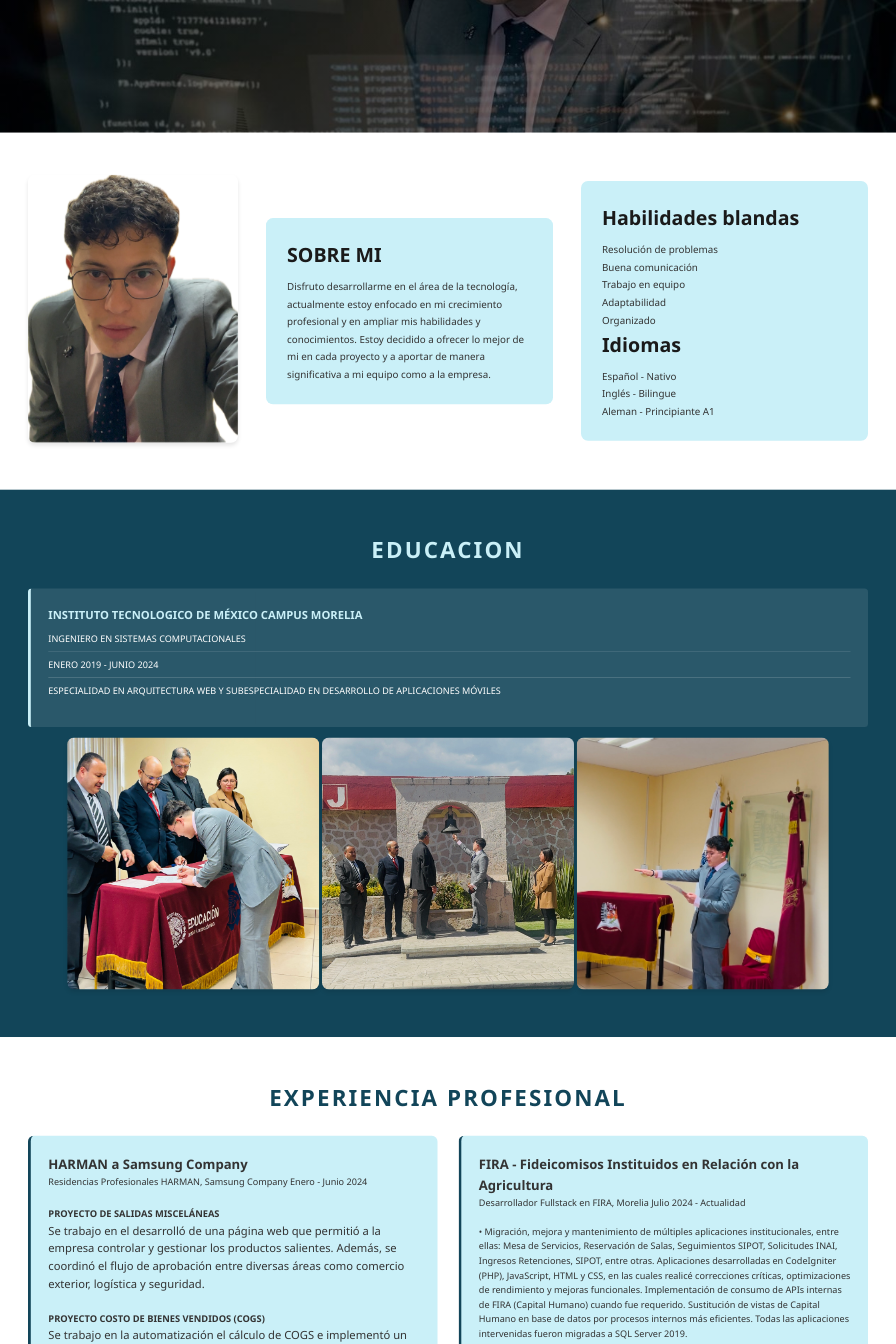
Repository: rafaelsilva2k/mi-portafolio
Page: index.html
The author's editor kept a copy of each file at every save. The page is drawn from the files as they stood at one save, then again after the next save.
The browser window is 1280 px wide. The pictures show the part of the page from y = 411 to 2331 px (the page is 3313 px tall before and 3354 px after), at 70% of full size.

Above is the page before, as saved 2026-04-17 13:17:08.

### index.html
<!DOCTYPE html>
<html lang="en">
<head>
    <meta charset="UTF-8">
    <meta name="viewport" content="width=device-width, initial-scale=1.0">
    <title>Rafael Fabian Silva Zapien</title>
    <link rel="stylesheet" href="styles.css">
</head>
<body>
    <!-- HEADER: Nombre, Profesión y Menú de Navegación -->
    <header class="header">
        <div class="header-content">
            <div class="logo-section">
                <h1>Rafael Fabian Silva Zapien</h1>
                <p class="profession">INGENIERO EN SISTEMAS COMPUTACIONALES</p>
            </div>

            <nav class="navbar">
                <ul>
                    <li><a href="#sobre-mi">SOBRE MI</a></li>
                    <li><a href="#educacion">EDUCACION</a></li>
                    <li><a href="#experiencia">EXPERIENCIA</a></li>
                    <li><a href="#proyectos">PROYECTOS</a></li>
                    <li><a href="#contacto">CONTACTO</a></li>
                </ul>
            </nav>
        </div>
    </header>

    <!-- HERO SECTION: Imagen grande con texto "Desarrollador Web Fullstack" -->
     <section class="hero">
        <div class="hero-content">
            <h2>Desarrollador Web<br>Fullstack</h2>
        </div>
     </section>

     <!-- SECCIÓN SOBRE MÍ: Foto + Descripción -->
      <section id="sobre-mi" class="sobre-mi">
        <div class="sobre-mi-container">
            <div class="sobre-mi-foto">
                <img src="images/me.png" alt="Rafael Silva">
            </div>
            <div class="sobre-mi-texto">
                <h2>SOBRE MI</h2>
                <p>Disfruto desarrollarme en el área de la tecnología, actualmente estoy enfocado en mi crecimiento profesional y en ampliar mis habilidades y conocimientos. Estoy decidido a ofrecer lo mejor de mi en cada proyecto y a aportar de manera significativa a mi equipo como a la empresa.</p>
            </div>
            <div class="sobre-mi-texto">
                <div class="sobre-mi-habili">
                    <div>
                        <h2>Habilidades blandas</h2>
                        <p> Resolución de problemas <br> Buena comunicación <br> Trabajo en equipo  <br> Adaptabilidad <br> Organizado</p>
                    </div>
                    <div>
                        <h2>Idiomas</h2>
                        <p>Español - Nativo <br> Inglés - Bilingue <br> Aleman - Principiante A1</p>
                    </div>
                </div>
            </div>
        </div>
      </section>

      <!--Seccion de Educacion-->
      <section id="educacion" class="educacion">
        <h2>EDUCACION</h2>
        <div class="educacion-content">
            <div class="educacion-item">
                <h4>INSTITUTO TECNOLOGICO DE MÉXICO CAMPUS MORELIA</h4>
                <p>INGENIERO EN SISTEMAS COMPUTACIONALES</p>
                <p>ENERO 2019 - JUNIO 2024</p>
                <p>ESPECIALIDAD EN ARQUITECTURA WEB Y SUBESPECIALIDAD EN DESARROLLO DE APLICACIONES MÓVILES</p>
            </div>
            <div class="education-item">
                <div class="education-photos">
                    <img src="images/FirmaTitulacion.jpeg">
                    <img src="images/campanaTitulacion.jpeg">
                    <img src="images/titulacion.jpeg">
                </div>
            </div>
        </div>
      </section>

      <section id="experiencia" class="experiencia">
        <h2>EXPERIENCIA PROFESIONAL</h2>
            <div class="experiencia-content">
                <div class="experiencia-item">
                    <h3>HARMAN a Samsung Company</h3>
                    <p>Residencias Profesionales HARMAN, Samsung Company Enero - Junio 2024 </p><br>
                    <h5>PROYECTO DE SALIDAS MISCELÁNEAS</h5>
                    <p></p>Se trabajo en el desarrolló de una página web que permitió a la empresa
                    controlar y gestionar los productos salientes. Además, se coordinó el flujo de
                    aprobación entre diversas áreas como comercio exterior, logística y seguridad. <br> <br>
                    <h5>PROYECTO COSTO DE BIENES VENDIDOS (COGS)</h5>
                    Se trabajo en la automatización el cálculo de COGS e implementó un módulo
                    que agiliza la obtención de datos para el reporte de COGS, logrando un análisis
                    más detallado y una representación gráfica eficaz de la información.</p>
                </div>
                <div class="experiencia-item">
                    <h3>FIRA - Fideicomisos Instituidos en Relación con la Agricultura</h3>
                    <p>Desarrollador Fullstack en FIRA, Morelia Julio 2024 - Actualidad <br> <br>
                    • Migración, mejora y mantenimiento de múltiples aplicaciones institucionales,
                    entre ellas: Mesa de Servicios, Reservación de Salas, Seguimientos SIPOT,
                    Solicitudes INAI, Ingresos Retenciones, SIPOT, entre otras.
                    Aplicaciones desarrolladas en CodeIgniter (PHP), JavaScript, HTML y CSS,
                    en las cuales realicé correcciones críticas, optimizaciones de rendimiento y
                    mejoras funcionales.
                    Implementación de consumo de APIs internas de FIRA (Capital Humano)
                    cuando fue requerido.
                    Sustitución de vistas de Capital Humano en base de datos por procesos
                    internos más eficientes.
                    Todas las aplicaciones intervenidas fueron migradas a SQL Server 2019. <br>
                    • Desarrollo de un módulo completo dentro de la aplicación Reservación de
                    Salas para la gestión y reservación de cargadores eléctricos para vehículos del
                    personal interno.<br>
                    • Colaboración en la aplicación Siniestralidad, desarrollada originalmente en
                    ASP, la cual fue migrada a SQL Server 2019 y sometida a una limpieza y
                    depuración general. Posteriormente se detectaron fallas en el funcionamiento y
                    realicé los ajustes necesarios para su correcta operación.<br>
                    • Participación en la migración de la aplicación Firma Electrónica, actualizando
                    la plataforma de Java 1.4 a Java 17, así como la migración de Tomcat y todos
                    los cambios estructurales requeridos para garantizar compatibilidad y
                    estabilidad.<br>
                    • Elaboración de documentación técnica detallada para todos los proyectos,
                    facilitando futuras tareas de mantenimiento, soporte y transferencia de
                    conocimiento dentro del equipo. Apoyo adicional en la preparación de
                    documentación para describir cambio</p>
                </div>
            </div>
      </section>

      <!--Seccion de proyectos-->
      <section id="proyectos" class="proyectos">
        <h2>PROYECTOS</h2>
        <div class="proyectos-content">
            <div class="proyectos-item">
                <h4>Primer proyecto</h4>
                <img src="" alt="Proyecto-1-name">
            </div>
            <div class="proyectos-item">
                <h4> Segundo proyecto</h4>
                <img src="" alt="Proyecto-2-name">
            </div>
            <div class="proyectos-item">
                <h4>Tercer proyecto</h4>
                <img src="" alt="proyecto-3-name">
            </div>
        </div>
      </section>

      <section id="contacto" class="contacto">
        <h2>Contacto</h2>
        <div class="contacto-content">
            <p>Email: rafaelsilva2k256@gmail.com</p>
            <p>LinkedIn: <a href="www.linkedin.com/in/rafael-fabian-silva-zapien-a124ba247">Perfil de Linkedin</a></p>
            <p>GitHub: <a href="#">Tu GitHub</a></p>
        </div>
      </section>

      <!--footer-->
      <footer class="footer">
        <p>&copy; 2024 Rafael Fabian Silva Zapien. Todos los derechos reservados.</p>
      </footer>

      <script src="script.js"></script>
</body>
</html>

### styles.css
/* ============================================
   RESET Y VARIABLES GLOBALES
   ============================================ */

* {
    margin: 0;
    padding: 0;
    box-sizing: border-box;
}

:root {
    --color-primary: #caf0f8;      /* Amarillo */
    --color-secondary: #124559;    /* Dorado/Marrón */
    --color-dark: #1a1a1a;         /* Negro */
    --color-text: #333333;         /* Texto gris oscuro */
    --color-white: #ffffff;        /* Blanco */
}

body {
    font-family: 'Segoe UI', Tahoma, Geneva, Verdana, sans-serif;
    color: var(--color-text);
    line-height: 1.6;
}

/* ============================================
   HEADER - Menú y nombre
   ============================================ */

.header {
    background-color: var(--color-primary);
    padding: 20px 0;
    border-bottom: 3px solid var(--color-secondary);
    position: sticky;
    top: 0;
    z-index: 100;
}

.header-content {
    max-width: 1200px;
    margin: 0 auto;
    padding: 0 20px;

    /* FLEXBOX: Alinea nombre a la izquierda y menú a la derecha */
    display: flex;
    justify-content: space-between;
    align-items: center;
}

.logo-section h1 {
    font-size: 24px;
    font-weight: bold;
    color: var(--color-dark);
}

.profession {
    font-size: 12px;
    color: var(--color-text);
    letter-spacing: 2px;
}

/* NAVEGACIÓN - Menú horizontal */
.navbar ul {
    list-style: none;

    /* FLEXBOX: Alinea los items del menú horizontalmente */
    display: flex;
    gap: 30px;
}

.navbar a {
    text-decoration: none;
    color: var(--color-text);
    font-size: 14px;
    font-weight: 500;
    transition: color 0.3s ease;
}

.navbar a:hover {
    color: var(--color-secondary);
}

/* ============================================
   HERO SECTION - Imagen grande
   ============================================ */

.hero {
    background: linear-gradient(rgba(0, 0, 0, 0.5), rgba(0, 0, 0, 0.5)),
                url('images/iaGeneratedMe.jpeg');
    background-size: cover;
    background-position: center;
    height: 500px;

    /* FLEXBOX: Centra el texto en el hero */
    display: flex;
    align-items: center;
    justify-content: center;
    text-align: center;
}

.hero-content h2 {
    font-size: 48px;
    color: var(--color-primary);
    font-weight: bold;
    text-shadow: 2px 2px 4px rgba(0, 0, 0, 0.7);
}

/* ============================================
   SECCIÓN SOBRE MÍ
   ============================================ */

.sobre-mi {
    padding: 60px 20px;
    background-color: var(--color-white);
}

.sobre-mi-container {
    max-width: 1200px;
    margin: 0 auto;

    /* FLEXBOX: Alinea foto a la izquierda y texto a la derecha */
    display: flex;
    gap: 40px;
    align-items: center;
}

.sobre-mi-foto {
    flex: 0 0 300px;  /* Ancho fijo de 300px */
}

.sobre-mi-foto img {
    width: 100%;
    border-radius: 10px;
    box-shadow: 0 4px 6px rgba(0, 0, 0, 0.1);
}

.sobre-mi-texto {
    flex: 1;  /* Ocupa el espacio restante */
    background-color: var(--color-primary);
    padding: 30px;
    border-radius: 10px;
}

.sobre-mi-texto h2 {
    font-size: 28px;
    margin-bottom: 10px;
    color: var(--color-dark);
}

.sobre-mi-texto h3 {
    font-size: 14px;
    letter-spacing: 2px;
    margin-bottom: 20px;
    color: var(--color-secondary);
}

.sobre-mi-texto p {
    font-size: 14px;
    line-height: 1.8;
    color: var(--color-text);
}

.sobre-mi-habilidades {
    flex: content;
    flex: 1;  /* Ocupa el espacio restante */
    background-color: var(--color-primary);
    padding: 30px;
    border-radius: 10px;
}

/* ============================================
   SECCIÓN EDUCACIÓN
   ============================================ */

.educacion {
    padding: 60px 20px;
    background-color: var(--color-secondary);
    color: var(--color-white);
}

.educacion h2 {
    font-size: 32px;
    margin-bottom: 30px;
    text-align: center;
    color: var(--color-primary);
    letter-spacing: 3px;
}

.educacion-content {
    max-width: 1200px;
    margin: 0 auto;
}

.educacion-item {
    background-color: rgba(255, 255, 255, 0.1);
    padding: 25px;
    margin-bottom: 15px;
    border-left: 4px solid var(--color-primary);
    border-radius: 5px;
}

.educacion-item h4 {
    font-size: 16px;
    margin-bottom: 10px;
    color: var(--color-primary);
}

.educacion-item p {
    font-size: 13px;
    margin-bottom: 8px;
    padding-bottom: 8px;
    border-bottom: 1px solid rgba(255, 255, 255, 0.2);
}

.educacion-item p:last-child {
    border-bottom: none;
}

.education-photos {
    flex: 0 0 300px;  /* Ancho fijo de 300px */
    text-align: center;
}

.education-photos img {
    width: 30%;
    border-radius: 10px;
    box-shadow: 0 4px 6px rgba(0, 0, 0, 0.1);
}

/* ============================================
   SECCIÓN EXPERIENCIA
   ============================================ */

.experiencia {
    padding: 60px 20px;
    background-color: var(--color-white);
}

.experiencia h2 {
    font-size: 32px;
    margin-bottom: 30px;
    text-align: center;
    color: var(--color-secondary);
    letter-spacing: 3px;
}

.experiencia-content {
    max-width: 1200px;
    margin: 0 auto;

    /* FLEXBOX: Coloca los items uno al lado del otro */
    display: flex;
    gap: 30px;
}

.experiencia-item {
    flex: 1;
    background-color: var(--color-primary);
    padding: 25px;
    border-radius: 8px;
    border-left: 4px solid var(--color-secondary);
}

.experiencia-item h4 {
    font-size: 16px;
    margin-bottom: 10px;
    color: var(--color-dark);
}

.experiencia-item p {
    font-size: 13px;
    color: var(--color-text);
}

/* ============================================
   SECCIÓN PROYECTOS
   ============================================ */

.proyectos {
    padding: 60px 20px;
    background-color: var(--color-primary);
}

.proyectos h2 {
    font-size: 32px;
    margin-bottom: 30px;
    text-align: center;
    color: var(--color-secondary);
    letter-spacing: 3px;
}

.proyectos-content {
    max-width: 1200px;
    margin: 0 auto;

    /* FLEXBOX: Coloca las tarjetas en 3 columnas */
    display: flex;
    gap: 25px;
    justify-content: space-between;
}

.proyectos-item {
    flex: 1;
    background-color: var(--color-white);
    padding: 20px;
    border-radius: 8px;
    box-shadow: 0 2px 8px rgba(0, 0, 0, 0.1);
    transition: transform 0.3s ease;
}

.proyectos-item:hover {
    transform: translateY(-5px);
}

.proyectos-item h4 {
    font-size: 16px;
    margin-bottom: 15px;
    color: var(--color-dark);
}

.proyectos-item img {
    width: 100%;
    height: 200px;
    object-fit: cover;
    border-radius: 5px;
    background-color: var(--color-secondary);
}

/* ============================================
   SECCIÓN CONTACTO
   ============================================ */

.contacto {
    padding: 60px 20px;
    background-color: var(--color-secondary);
    color: var(--color-white);
    text-align: center;
}

.contacto h2 {
    font-size: 32px;
    margin-bottom: 30px;
    color: var(--color-primary);
    letter-spacing: 3px;
}

.contacto-content {
    max-width: 600px;
    margin: 0 auto;
    font-size: 14px;
    line-height: 2;
}

.contacto-content a {
    color: var(--color-primary);
    text-decoration: none;
    font-weight: bold;
}

.contacto-content a:hover {
    text-decoration: underline;
}

/* ============================================
   FOOTER
   ============================================ */

.footer {
    background-color: var(--color-dark);
    color: var(--color-white);
    text-align: center;
    padding: 20px;
    font-size: 12px;
}

/* ============================================
   RESPONSIVE - Para dispositivos móviles
   ============================================ */

@media (max-width: 768px) {
    .header-content {
        flex-direction: column;
        gap: 20px;
    }

    .navbar ul {
        gap: 15px;
        font-size: 12px;
    }

    .sobre-mi-container {
        flex-direction: column;
    }

    .sobre-mi-foto {
        flex: 0 0 200px;
    }

    .experiencia-content {
        flex-direction: column;
    }

    .proyectos-content {
        flex-direction: column;
    }

    .hero-content h2 {
        font-size: 32px;
    }
}

Loaded but not shown: script.js (no copy from this time; the picture is the same without it)

After the next save:
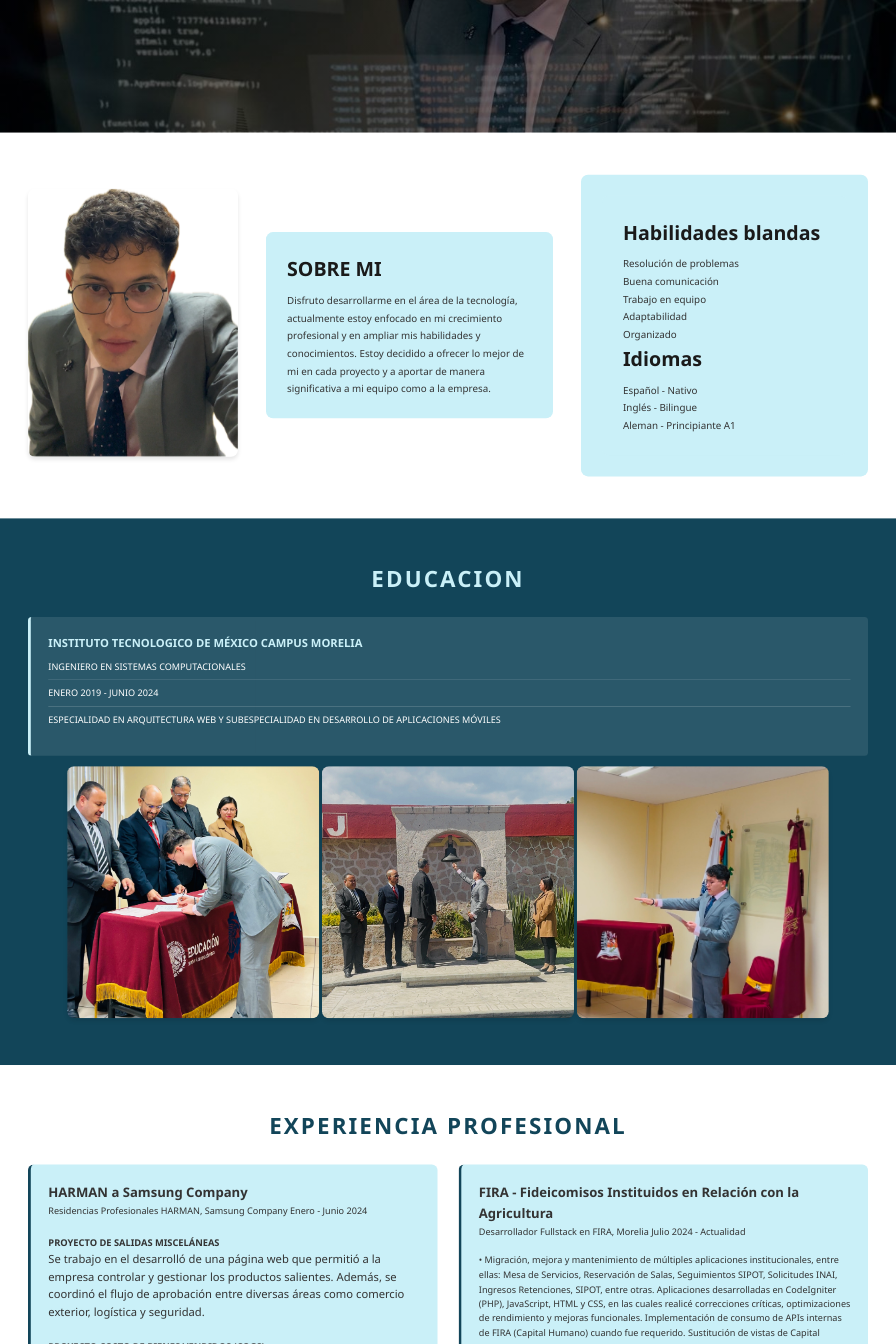
Saved 12 s later.
--- a/index.html
+++ b/index.html
@@ -45,7 +45,7 @@
                 <p>Disfruto desarrollarme en el área de la tecnología, actualmente estoy enfocado en mi crecimiento profesional y en ampliar mis habilidades y conocimientos. Estoy decidido a ofrecer lo mejor de mi en cada proyecto y a aportar de manera significativa a mi equipo como a la empresa.</p>
             </div>
             <div class="sobre-mi-texto">
-                <div class="sobre-mi-habili">
+                <div class="sobre-mi-habilidades">
                     <div>
                         <h2>Habilidades blandas</h2>
                         <p> Resolución de problemas <br> Buena comunicación <br> Trabajo en equipo  <br> Adaptabilidad <br> Organizado</p>

After the save that followed:
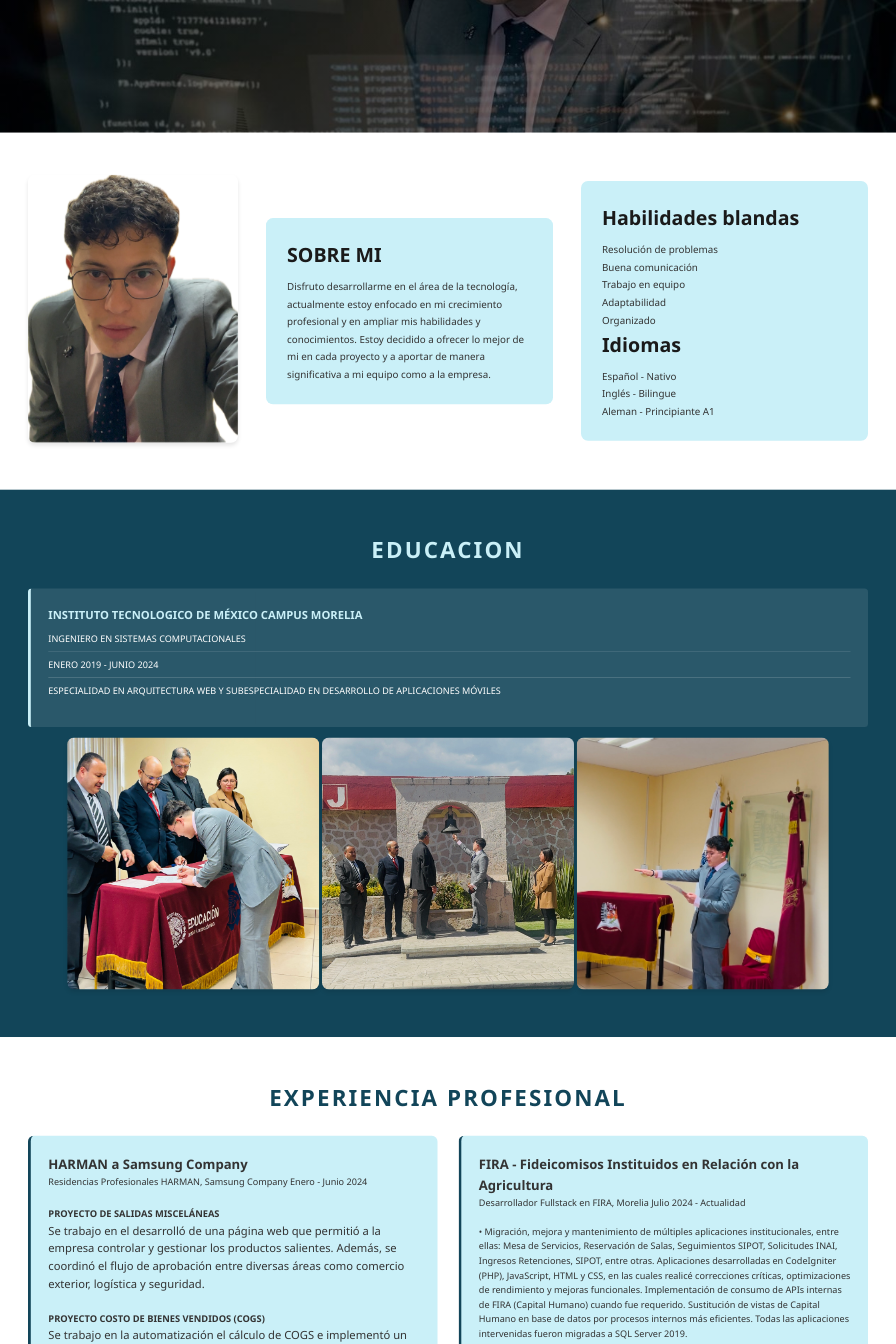
Saved 15 s later.
--- a/styles.css
+++ b/styles.css
@@ -159,14 +159,6 @@ body {
     color: var(--color-text);
 }
 
-.sobre-mi-habilidades {
-    flex: content;
-    flex: 1;  /* Ocupa el espacio restante */
-    background-color: var(--color-primary);
-    padding: 30px;
-    border-radius: 10px;
-}
-
 /* ============================================
    SECCIÓN EDUCACIÓN
    ============================================ */
